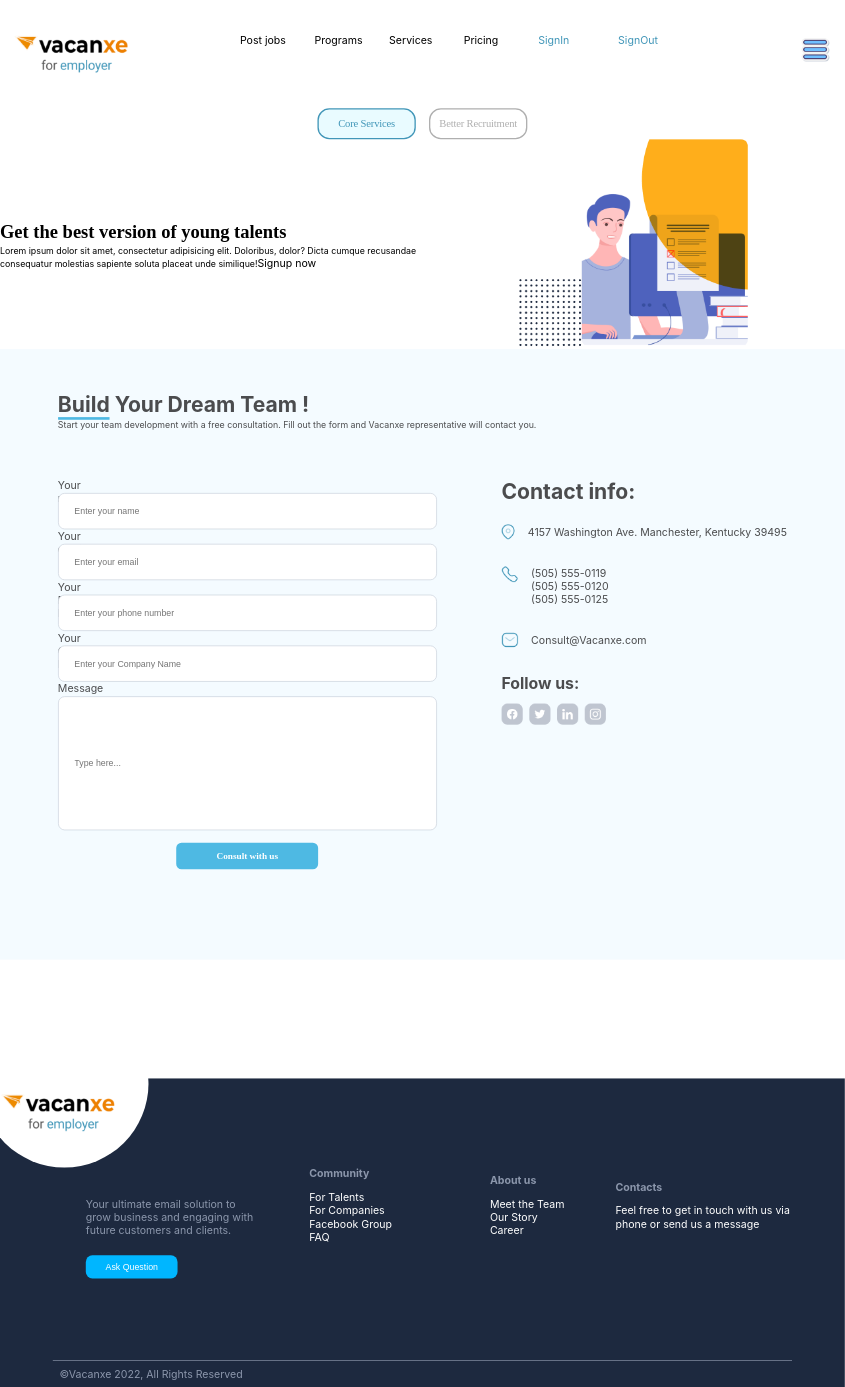
Repository: uh-sman/Vacanxe
Page: /
An editor plug-in stored every save of this project. The page is shown before and after the next save, followed by the edit.
The browser window is 1280 px wide. The pictures show the whole page, at 66% of full size.
The project was rebuilt for these pictures with package versions that can differ from the ones it lists, and the page was loaded fresh each time.

Above is the page before, as saved 2022-12-03 16:33:45.

After the next save:
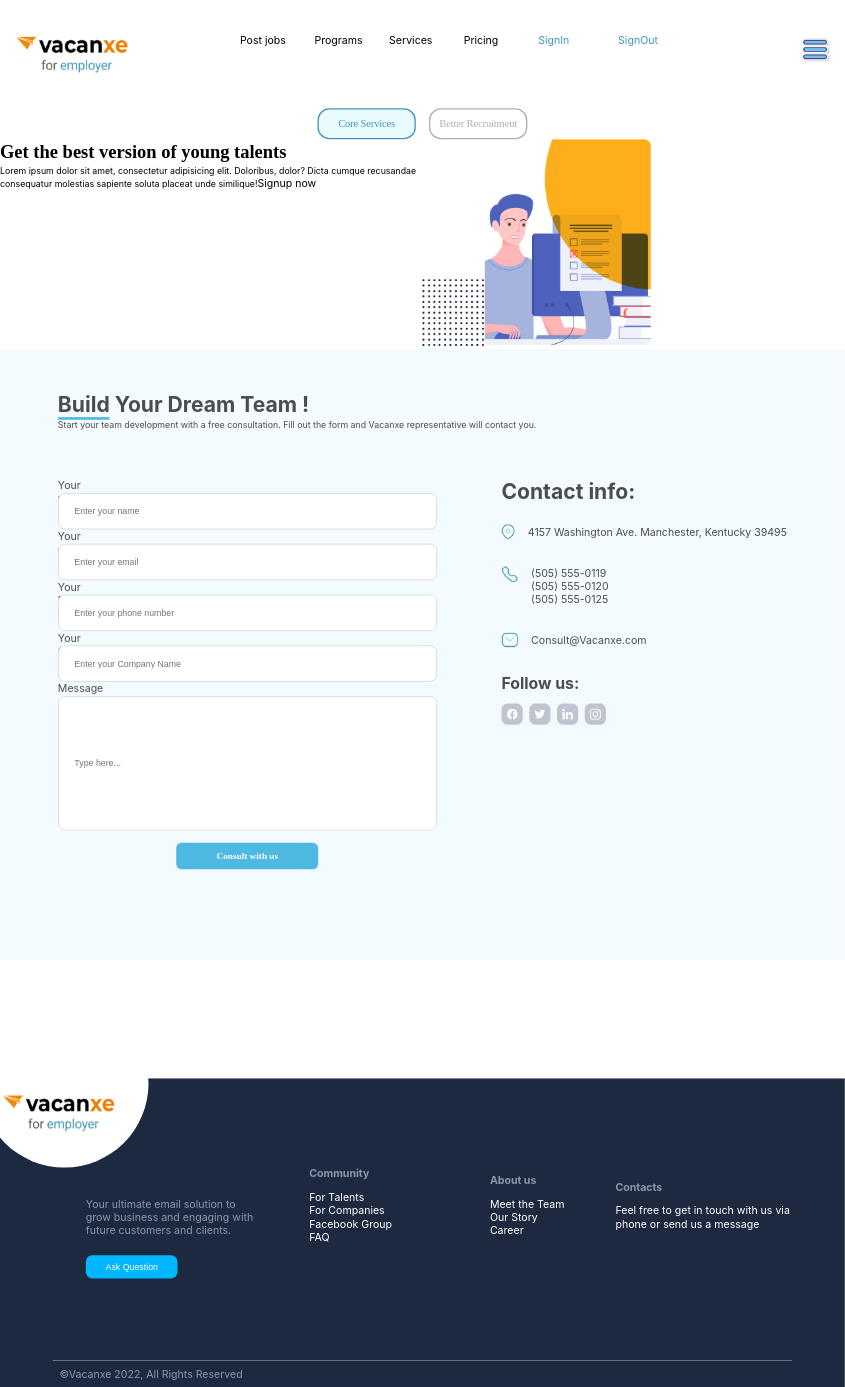
Saved 60 s later.
--- a/src/components/version.css
+++ b/src/components/version.css
@@ -2,7 +2,7 @@
 }
 .versions-section {
   display: grid;
-  place-items: center;
+  place-content: center;
   grid-template-columns: 1fr 1fr;
 }
 .h2 {

After the save that followed:
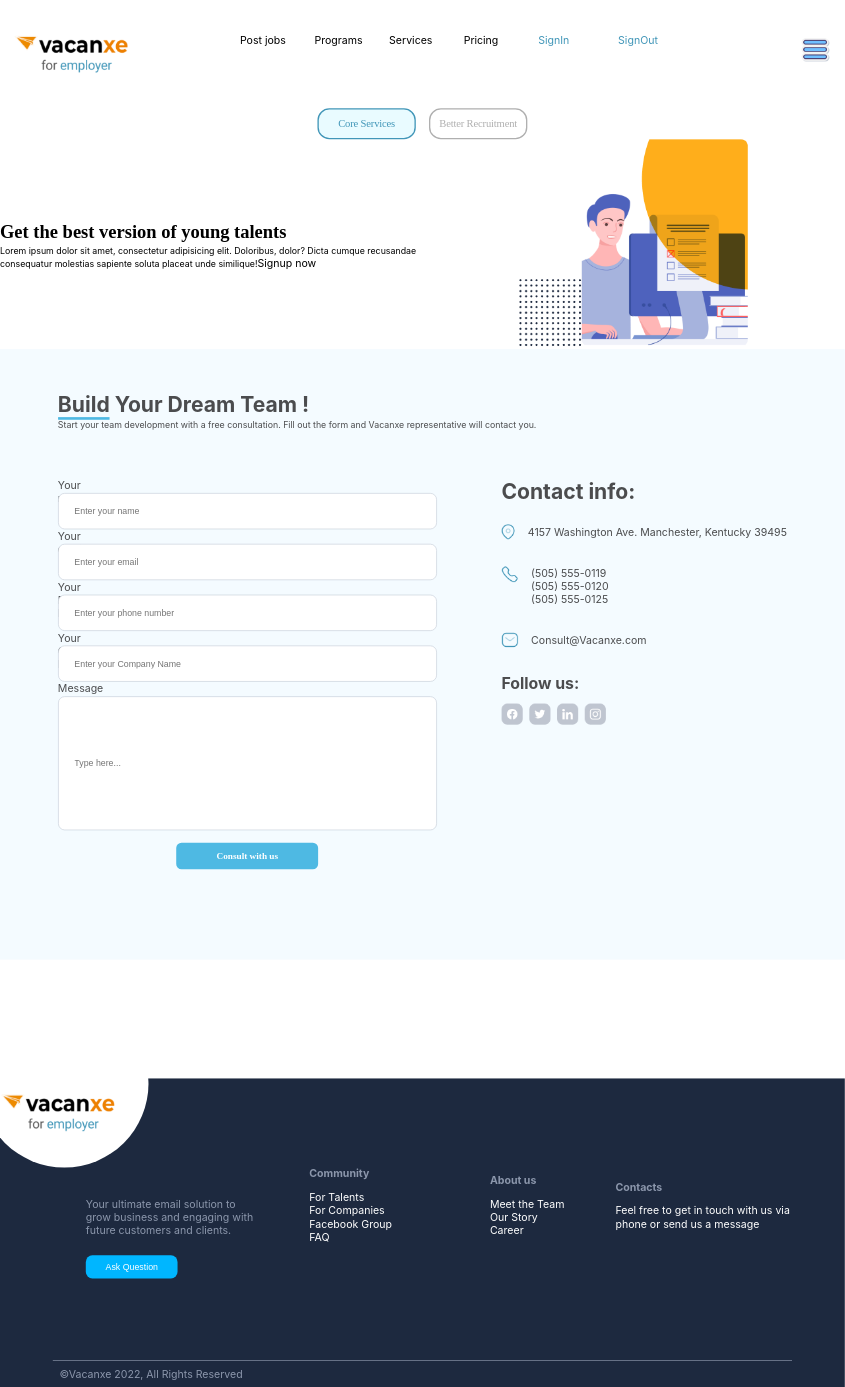
Saved 90 s later.
--- a/src/components/version.css
+++ b/src/components/version.css
@@ -2,7 +2,7 @@
 }
 .versions-section {
   display: grid;
-  place-content: center;
+  place-items: center;
   grid-template-columns: 1fr 1fr;
 }
 .h2 {
